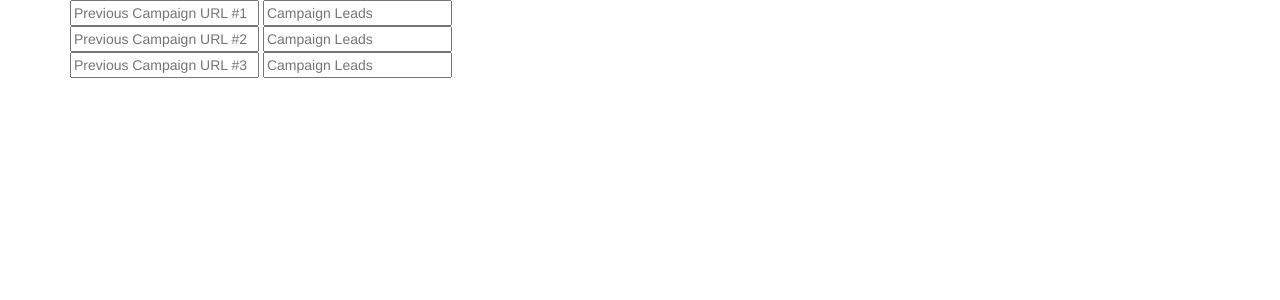
Repository: aneeshsingh/workspace
Page: http://localhost/analytics/Add_Product_Page_2.jsp
These files come from the project's save history. The page is drawn as it stood at one moment and after the next save; the edit follows.
The browser window is 1280 px wide. The pictures show the whole page.
The page is served by Tomcat 9.

Above is the page before, as saved 2016-03-07 03:22:49.

After the next save:
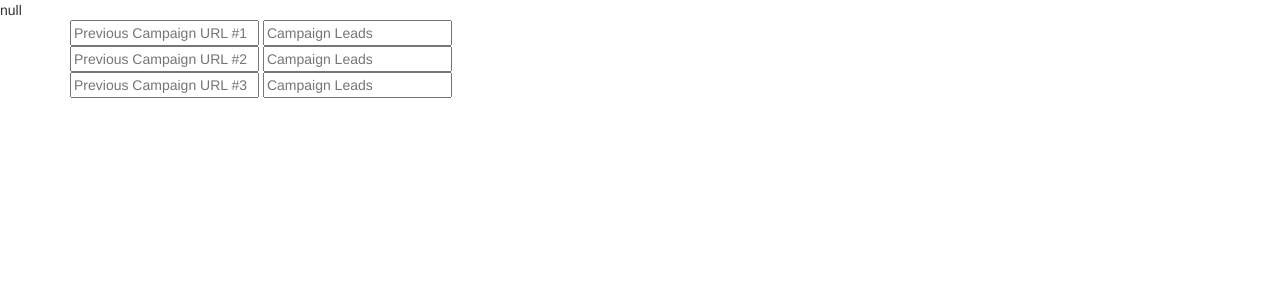
Saved 15 min 5 s later.
--- a/analytics/war/Add_Product_Page_2.jsp
+++ b/analytics/war/Add_Product_Page_2.jsp
@@ -17,6 +17,7 @@
 </head>
 <body>
 
+<div><%=request.getAttribute("success") %></div>
 
 <form action="getAnalyticsServlet" method="post">
 	<div class="container">
